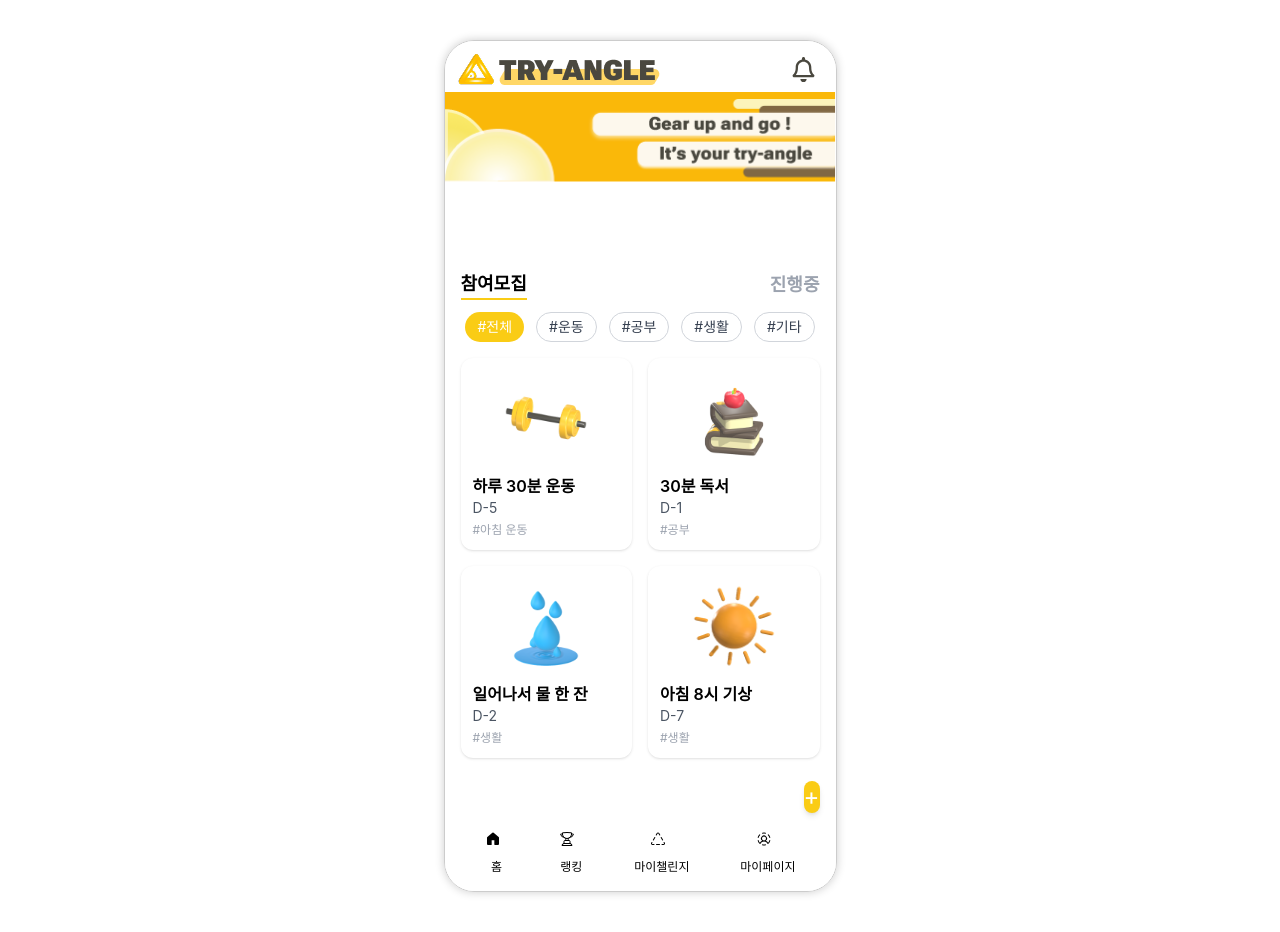
Repository: gusdk19/TryAngle-FE
Page: /
An editor plug-in stored every save of this project. The page is shown before and after the next save, followed by the edit.
The browser window is 1280 px wide. The pictures show the whole page.
The project was rebuilt for these pictures with package versions that can differ from the ones it lists, and the page was loaded fresh each time. Also part of the build but not shown: src/App.css.

Above is the page before, as saved 2025-04-30 23:12:23.

### src/index.js
import React from 'react';
import ReactDOM from 'react-dom/client';
import "./styles/index.css";
import App from './App';
import reportWebVitals from './reportWebVitals';

const root = ReactDOM.createRoot(document.getElementById('root'));
root.render(
  <React.StrictMode>
    {/* <App /> */}
    <div className='iphone-frame'>
      <App/>
    </div>
  </React.StrictMode>
);

// If you want to start measuring performance in your app, pass a function
// to log results (for example: reportWebVitals(console.log))
// or send to an analytics endpoint. Learn more: https://bit.ly/CRA-vitals
reportWebVitals();

### src/styles/index.css
@tailwind base;
@tailwind components;
@tailwind utilities;

body {
  margin: 0;
  font-family: -apple-system, BlinkMacSystemFont, 'Segoe UI', 'Roboto', 'Oxygen',
    'Ubuntu', 'Cantarell', 'Fira Sans', 'Droid Sans', 'Helvetica Neue',
    sans-serif;
  -webkit-font-smoothing: antialiased;
  -moz-osx-font-smoothing: grayscale;
}

code {
  font-family: source-code-pro, Menlo, Monaco, Consolas, 'Courier New',
    monospace;
}

.iphone-frame {
  position: relative;
  width: 393px;
  height: 852px;
  border: 1px solid #ccc;
  margin: 40px auto;
  box-shadow: 0 0 10px rgba(0,0,0,0.2);
  overflow: auto;
  border-radius: 30px;
  background: white;
  padding: 0px 0px;

  -ms-overflow-style:none; /* IE and Edge */
  scrollbar-width:none; /* Firefox */
}

.iphone-frame::-webkit-scrollbar {
	display:none /* Chrome , Safari , Opera */
}

### src/App.js
import { BrowserRouter, Routes, Route } from 'react-router-dom';
import './App.css';

import Home from './pages/Home';
//import Alarm from './pages/Alarm';
//import ChallengeAdd from './pages/ChallengeAdd';

function App() {
  return (
    <BrowserRouter>
      <Routes>
        <Route path="/" element={<Home />} />
        {/*<Route path="/alarm" element={<Alarm />} /> */}
        { /*<Route path="/challenge/add" element={<ChallengeAdd />} />*/}
      </Routes>
    </BrowserRouter>
  );
}

export default App;

### src/pages/Home.js
import React, { useState } from 'react';
import Header from '../components/Header';
import Footer from '../components/Footer';
import dumbell from '../assets/images/finace/dumbell.png';
import books from '../assets/images/finace/books.png';
import water from '../assets/images/finace/water.png';
import sun from '../assets/images/finace/Sun.png';
import bannerImage from '../assets/images/common/banner_image.png';

const Home = () => {
  const [activeTab, setActiveTab] = useState('participating');
  const [activeCategory, setActiveCategory] = useState('전체');

  const categories = ['전체', '운동', '공부', '생활', '기타'];

  const challenges = [
    { id: 1, title: '하루 30분 운동', dday: 5, tag: '#아침 운동', image: dumbell },
    { id: 2, title: '30분 독서', dday: 1, tag: '#공부', image: books },
    { id: 3, title: '일어나서 물 한 잔', dday: 2, tag: '#생활', image: water },
    { id: 4, title: '아침 8시 기상', dday: 7, tag: '#생활', image: sun },
  ];

  const filteredChallenges =
    activeCategory === '전체'
      ? challenges
      : challenges.filter((c) => c.tag.includes(activeCategory));

  return (
    <div className="bg-white flex flex-row justify-center w-full">
      {/* 모바일 프레임 */}
      <div className="bg-white w-[393px] h-[852px] relative">
        <Header />
        {/* 배너 이미지 삽입 (Header 아래에 추가) */}
        <img src={bannerImage} alt="banner" className="w-full" />

        {/* 탭 영역 */}
        <div className="flex justify-between items-center px-4 mt-4">
          <button
            className={`text-lg font-semibold ${
              activeTab === 'participating'
                ? 'border-b-2 border-yellow-400 text-black'
                : 'text-gray-400'
            }`}
            onClick={() => setActiveTab('participating')}
          >
            참여모집
          </button>
          <button
            className={`text-lg font-semibold ${
              activeTab === 'ongoing'
                ? 'border-b-2 border-yellow-400 text-black'
                : 'text-gray-400'
            }`}
            onClick={() => setActiveTab('ongoing')}
          >
            진행중
          </button>
        </div>

        {/* + 버튼 */}
        <button className="absolute bottom-20 right-4 bg-yellow-400 w-23 h-22 rounded-full text-white text-2xl shadow-md hover:bg-yellow-500 z-20">
          +
        </button>

        {/* 카테고리 */}
        <div className="flex justify-center gap-3 mt-3">
          {categories.map((category) => (
            <button
              key={category}
              className={`px-3 py-1 rounded-full text-sm ${
                activeCategory === category
                  ? 'bg-yellow-400 text-white'
                  : 'bg-white text-gray-700 border border-gray-300'
              }`}
              onClick={() => setActiveCategory(category)}
            >
              #{category}
            </button>
          ))}
        </div>

        {/* 챌린지 카드 */}
        <div className="flex-grow overflow-y-auto p-4 pb-[100px]">
          <div className="grid grid-cols-2 gap-4">
            {filteredChallenges.map((c) => (
              <div
                key={c.id}
                className="bg-white p-3 rounded-xl shadow hover:bg-yellow-200 transition"
              >
                <img
                  src={c.image}
                  alt={c.title}
                  className="w-full h-24 object-contain mb-2"
                />
                <p className="font-semibold">{c.title}</p>
                <p className="text-sm text-gray-600">D-{c.dday}</p>
                <p className="text-xs text-gray-400 mt-1">{c.tag}</p>
              </div>
            ))}
          </div>
        </div>

        <Footer page="home" />
      </div>
    </div>
  );
};

export default Home;

### src/components/Header.js
import React from "react";
import "../styles/Header.css";
import { FaRegBell } from "react-icons/fa";
import { useNavigate } from "react-router-dom";
import logo_name from "../assets/images/common/logo_name.png";

export default function Header() {
  const navigate = useNavigate();

  return (
    <div className="header flex flex-unwrap grow w-full pt-[4.5px]">
      {/* 로고 (왼쪽) */}
      <div className="logo-name my-auto flex-1 text-left align-middle cursor-pointer" onClick={() => navigate("/")}>
        <img src={logo_name} alt="try-angle_logo_name" />
      </div>

      {/* 알림 아이콘 (오른쪽) */}
      <div className="bell flex-none align-middle cursor-pointer">
        <FaRegBell
          className="bell-icon2 mt-[2px] text-[#4A483F]"
          onClick={() => navigate("/alarm")}
        />
      </div>
    </div>
  );
}

### src/components/Footer.js
import React from "react";
import "../styles/Header.css";
import { GoHome, GoHomeFill } from "react-icons/go";
import { HiTrophy, HiOutlineTrophy } from "react-icons/hi2";
import { PiUserCircleDashed, PiUserCircleDuotone, PiTriangleDashedFill, PiTriangleDashed } from "react-icons/pi";
import { useNavigate } from "react-router-dom";

export default function Footer({ page }) {
  const navigate = useNavigate();

  const navigationItems = [
    {
      icon: page === "home" ? <GoHomeFill className="icon" /> : <GoHome className="icon" />,
      label: "홈",
      route: "/",
    },
    {
      icon: page === "ranking" ? <HiTrophy className="icon" /> : <HiOutlineTrophy className="icon" />,
      label: "랭킹",
      route: "/rank",
    },
    {
      icon: page === "myChallenge" ? <PiTriangleDashedFill className="icon" /> : <PiTriangleDashed className="icon" />,
      label: "마이챌린지",
      route: "/mychallenge",
    },
    {
      icon: page === "myPage" ? <PiUserCircleDuotone className="icon" /> : <PiUserCircleDashed className="icon" />,
      label: "마이페이지",
      route: "/mypage",
    },
  ];

  return(
    <footer className="absolute w-full h-[70px] bottom-0 left-0 bg-white px-4 pt-2">
      <div className="flex justify-between items-center px-6">
        {navigationItems.map((item, index) => (
          <div key={index} className="flex flex-col items-center cursor-pointer" onClick={()=>{navigate(item.route);}}>
            <div className="w-6 h-6">{item.icon}</div>
            <span className="text-xs mt-1">{item.label}</span>
          </div>
        ))}
      </div>
    </footer>
);
}

### src/styles/Header.css
.header{
    display: flex;
    flex-wrap: nowrap;
    justify-content: space-between;
    position: relative;
    width: 100%;
    height: 51px;
    text-align: center;
    vertical-align: middle;
}

.title{
    display: grid;
    place-items: center;
    flex-grow: 1;
    vertical-align: middle;
}

.logo-name{
    display: grid;
    place-items: start;
    flex-grow: 1;
    vertical-align: middle;
    margin-left: 13px;
}

.title-text{
    position: absolute;
    left:50%;
    transform: translateX(-50%);
    font-weight: bold;
    font-size: large;
}

.bell{
    display: grid;
    place-items: center;
    flex-shrink: 0;
    vertical-align: middle;
    margin-right:20px;

}

.bell-icon{
    width: 20px;
    height:20px;
}

.bell-icon2{
    width: 25px;
    height:25px;
}

.back{
    display: grid;
    place-items: center;
    flex-shrink: 0;
    vertical-align: middle;
    margin-left:20px;

}

.back-icon{
    width: 20px;
    height:20px;
}

### tailwind.config.js
/** @type {import('tailwindcss').Config} */
module.exports = {
    content: [
        "./src/**/*.{js,jsx,ts,tsx}",
    ],
    theme: {
      extend: {},
    },
    plugins: [],
  }

Loaded but not shown: public/index.html (common file); src/reportWebVitals.js (common file)

After the next save:
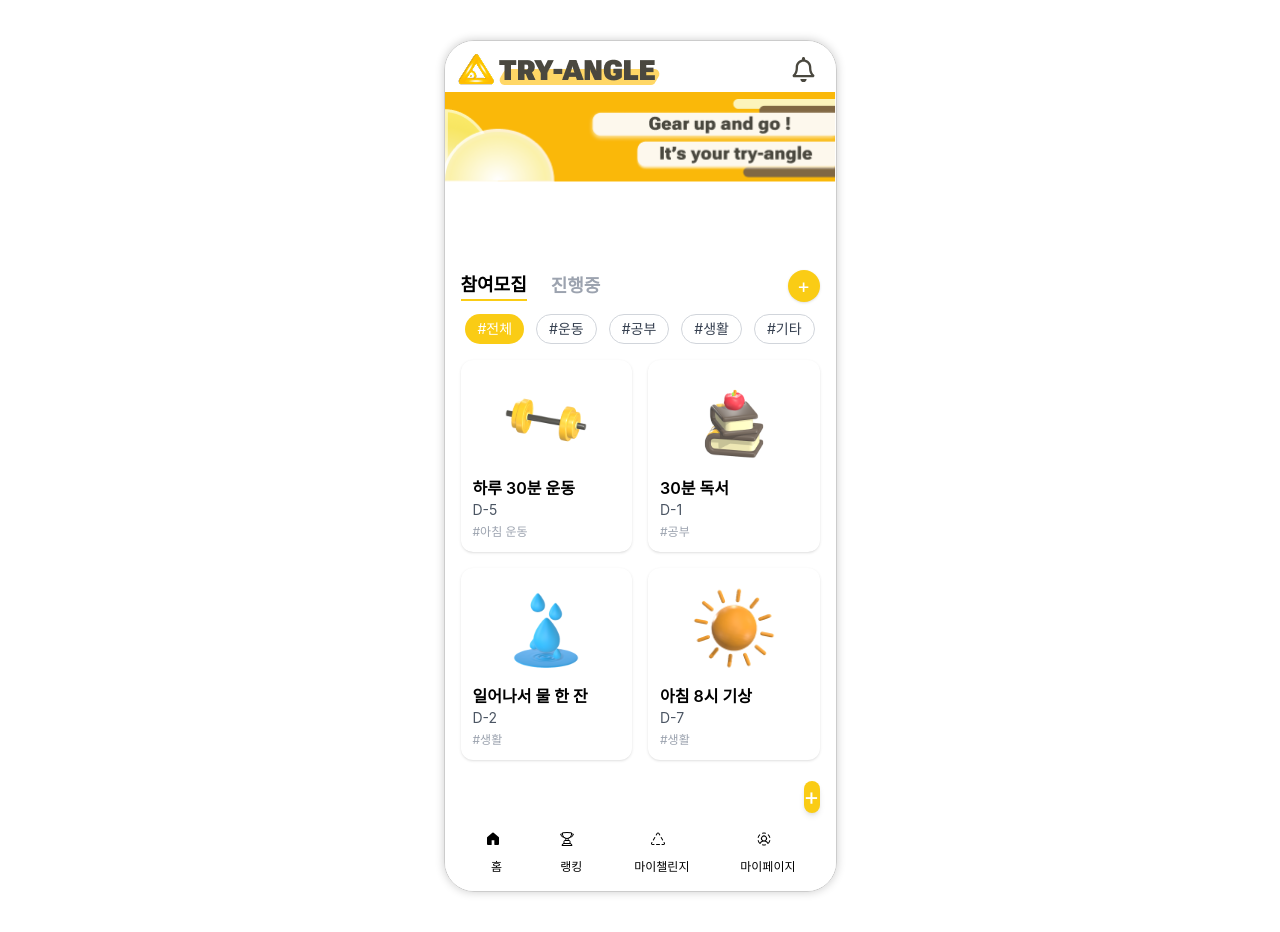
Saved 53 s later.
--- a/src/pages/Home.js
+++ b/src/pages/Home.js
@@ -35,26 +35,34 @@ const Home = () => {
 
         {/* 탭 영역 */}
         <div className="flex justify-between items-center px-4 mt-4">
+          <div className="flex space-x-6">
+            <button
+                className={`text-lg font-semibold ${
+                activeTab === 'participating'
+                    ? 'border-b-2 border-yellow-400 text-black'
+                    : 'text-gray-400'
+                }`}
+                onClick={() => setActiveTab('participating')}
+            >
+                참여모집
+            </button>
+            <button
+                className={`text-lg font-semibold ${
+                activeTab === 'ongoing'
+                    ? 'border-b-2 border-yellow-400 text-black'
+                    : 'text-gray-400'
+                }`}
+                onClick={() => setActiveTab('ongoing')}
+            >
+                진행중
+            </button>
+          </div>
           <button
-            className={`text-lg font-semibold ${
-              activeTab === 'participating'
-                ? 'border-b-2 border-yellow-400 text-black'
-                : 'text-gray-400'
-            }`}
-            onClick={() => setActiveTab('participating')}
-          >
-            참여모집
-          </button>
-          <button
-            className={`text-lg font-semibold ${
-              activeTab === 'ongoing'
-                ? 'border-b-2 border-yellow-400 text-black'
-                : 'text-gray-400'
-            }`}
-            onClick={() => setActiveTab('ongoing')}
-          >
-            진행중
-          </button>
+    className="bg-yellow-400 text-white text-xl w-8 h-8 rounded-full flex items-center justify-center shadow hover:bg-yellow-500"
+    onClick={() => navigate('/challenge/add')}
+  >
+    +
+  </button>
         </div>
 
         {/* + 버튼 */}
